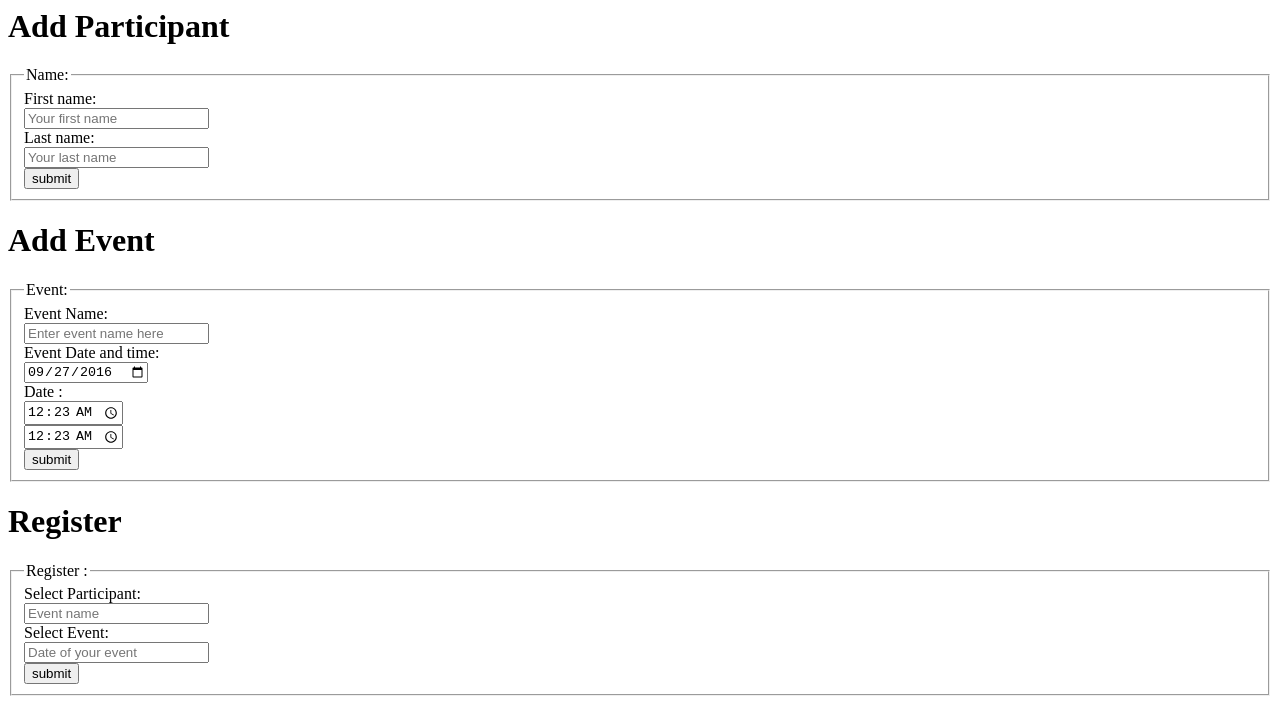
Repository: erickzhao/Event-Registration-Application
Page: http://localhost/
These files come from the project's save history. The page is drawn as it stood at one moment and after the next save; the edit follows.
The browser window is 1280 px wide. The pictures show the whole page.
The page is run by PHP 8.4 with error messages shown; the project is at /var/www/html/.

Above is the page before, as saved 2016-09-28 01:19:03.

### workspace-web/EventRegistration/EventRegistration/index.php
<html>
	<head>
		<title> Event Registration </title>
	</head>
	<body>
		<h1> Add Participant </h1>
		<form action = ""> <!--Insert the php file behind this-->
			<fieldset>
				<legend>Name:</legend>
				First name:<br>
				<input type="text" name="firstname" placeholder="Your first name"><br>
				Last name:<br>
				<input type="text" name="lastname" placeholder="Your last name"><br>
				<input type="submit" value="submit">
			</fieldset>
		</form>

		<h1>Add Event</h1>
		<form action = ""> <!--Insert the php file behind this-->
			<fieldset>
				<legend>Event:</legend>
				Event Name:<br>
				<input type="text" name="event_name" placeholder="Enter event name here"/><br>
				Event Date and time:<br>
				<input type="date" name="event_date" value="<?php echo date('Y-m-d'); ?>" /><br>
				Date :<br> <!--Add better way to select the date-->
				<input type="time" name="starttime" value="<?php echo date('H:i'); ?>" /> <br>
				<input type="time" name="endtime" value="<?php echo date('H:i'); ?>" /> <br>
				<!-- Also add start/end times-->
				<input type="submit" value="submit">
			</fieldset>
		</form>

		<h1>Register</h1>
		<form action = ""> <!--Insert the php file behind this-->
			<fieldset>
				<legend>Register :</legend>
				Select Participant: <br>
				<!--Select participant/event has to be a drop-down not a text field -->
				<input type="text" name="notHandledLikeThis" placeholder="Event name"><br>
				Select Event: <br> <!--Add better way to select the date-->
				<input type="text" name="notHandledLikeThis" placeholder="Date of your event"><br>
				<input type="submit" value="submit">
			</fieldset>
		</form>

	</body>
</html>

After the next save:
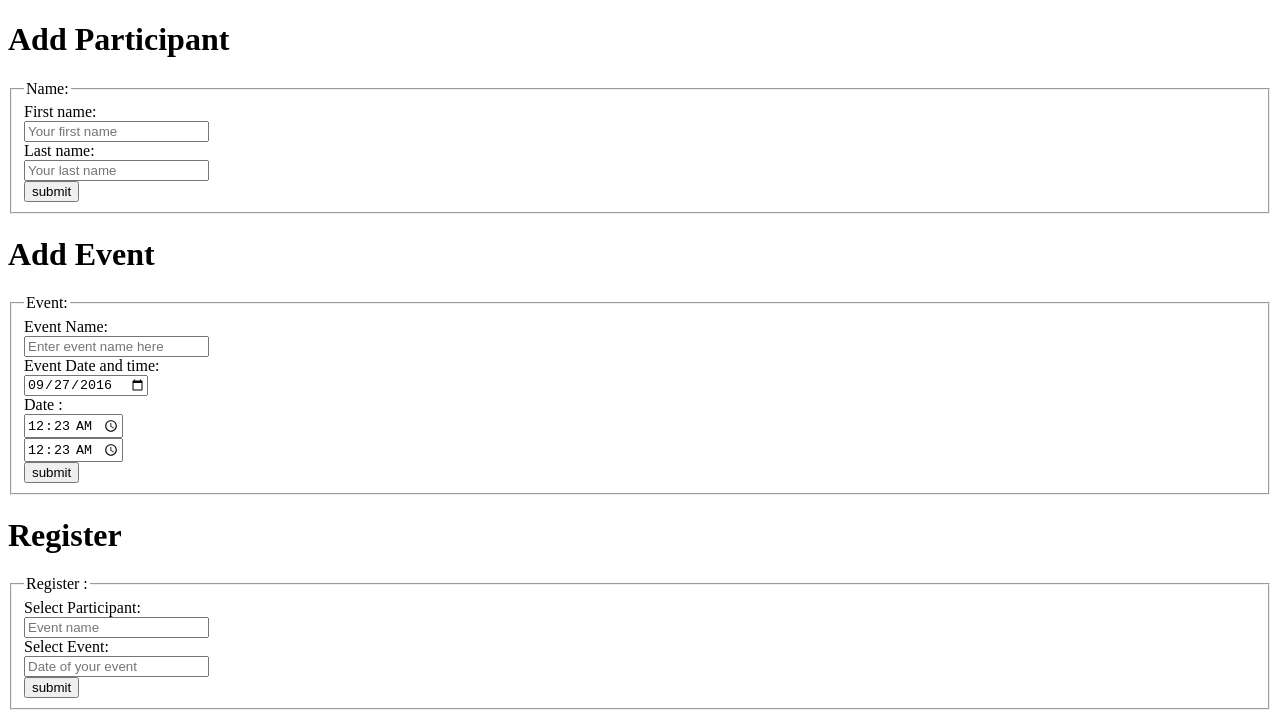
Saved 3 min 27 s later.
--- a/workspace-web/EventRegistration/EventRegistration/index.php
+++ b/workspace-web/EventRegistration/EventRegistration/index.php
@@ -1,3 +1,4 @@
+<!DOCTYPE html>
 <html>
 	<head>
 		<title> Event Registration </title>
